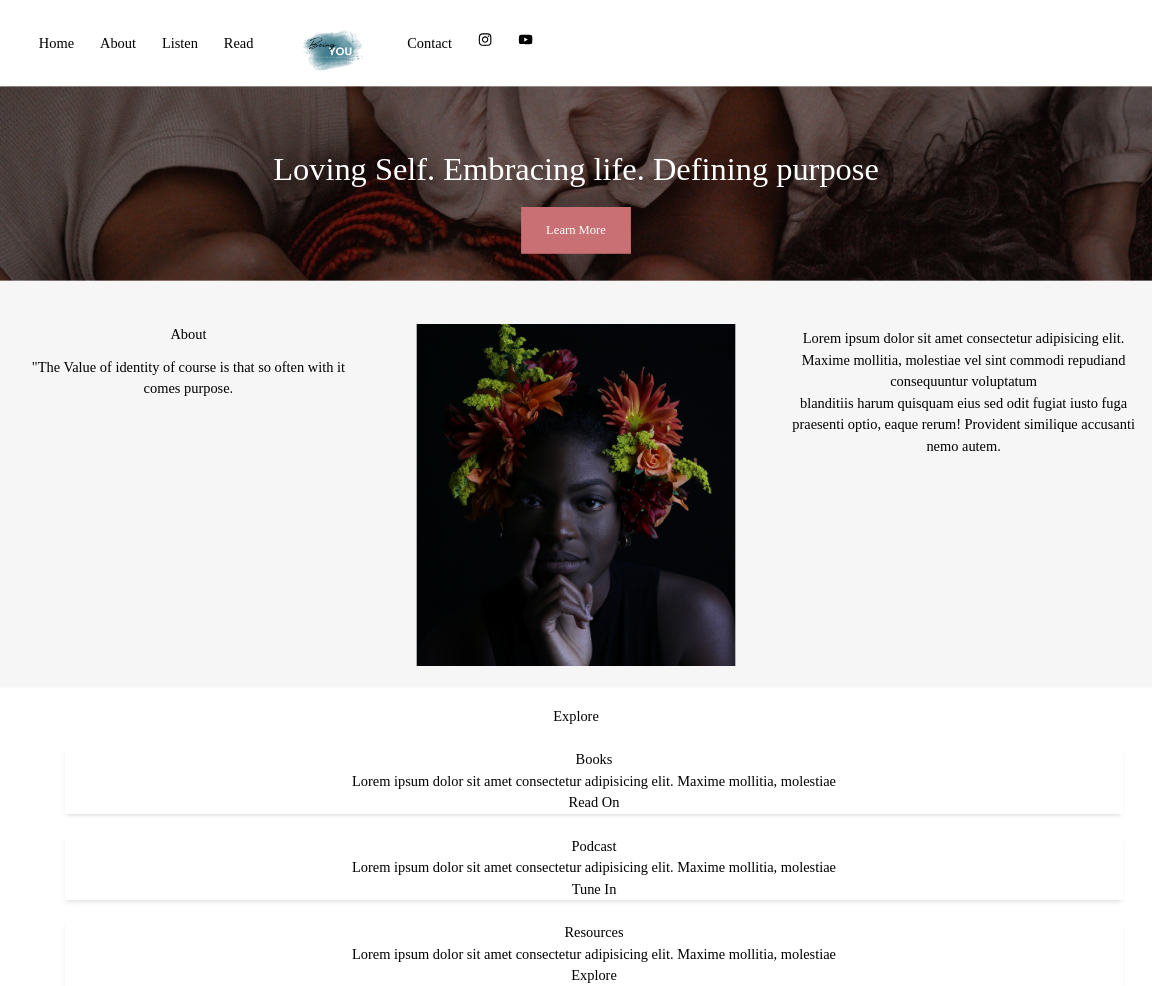
Repository: BrightonMboya/being-you
Page: /
An editor plug-in stored every save of this project. The page is shown before and after the next save, followed by the edit.
The browser window is 1280 px wide. The pictures show the whole page, at 90% of full size.
The project was rebuilt for these pictures with package versions that can differ from the ones it lists, and the page was loaded fresh each time.

Above is the page before, as saved 2022-05-28 16:57:19.

After the next save:
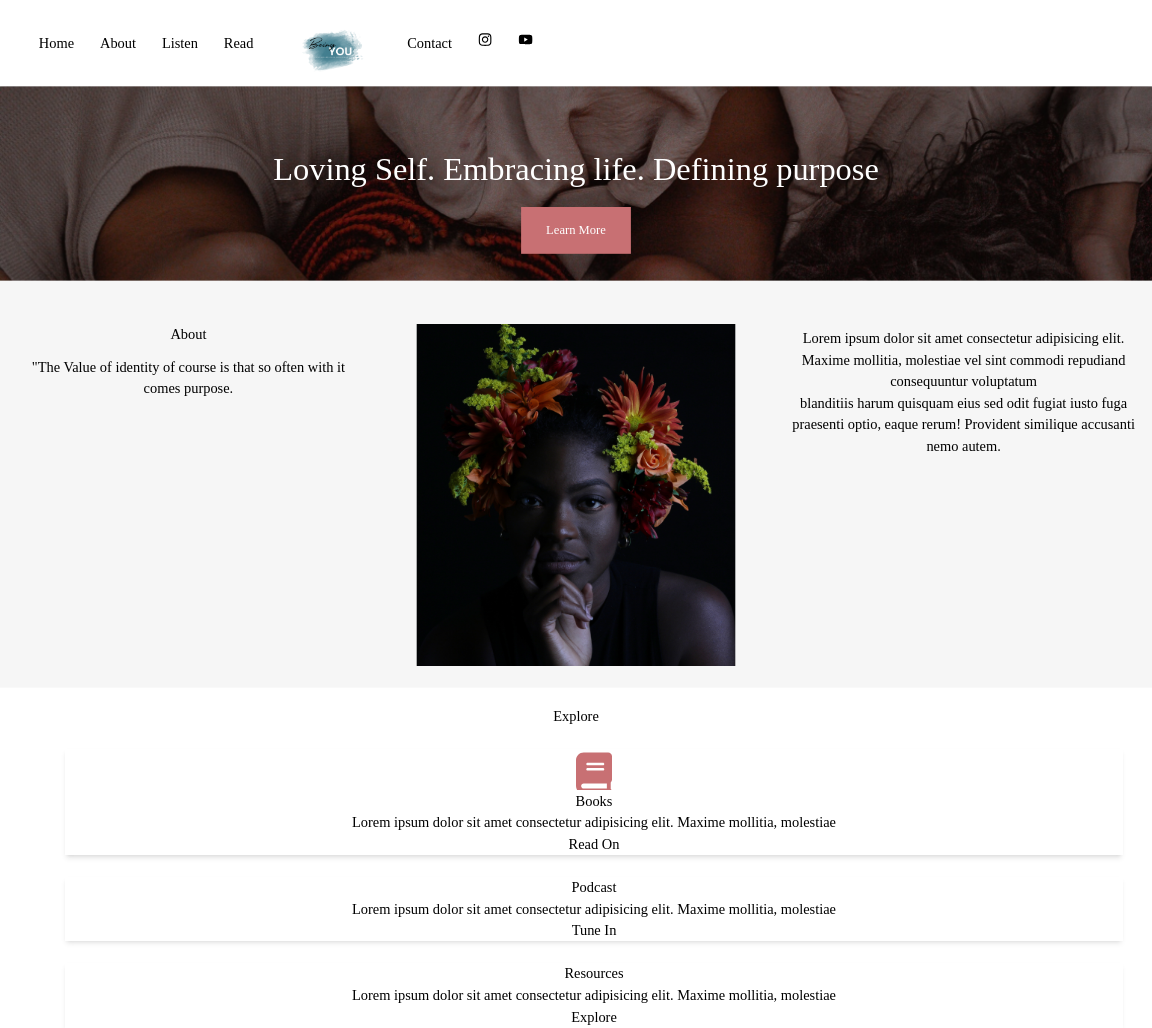
Saved 29 s later.
--- a/src/Components/Podcast/Explore.jsx
+++ b/src/Components/Podcast/Explore.jsx
@@ -10,7 +10,7 @@ const Explore = () => {
       <h3 className="text-center">Explore</h3>
       <div className="flex flex-col px-8 ml-10">
         <ExploreCard
-          img={book}
+          image={book}
           title="Books"
           description="Lorem ipsum dolor sit amet consectetur adipisicing elit. Maxime mollitia, molestiae "
           action="Read On"
